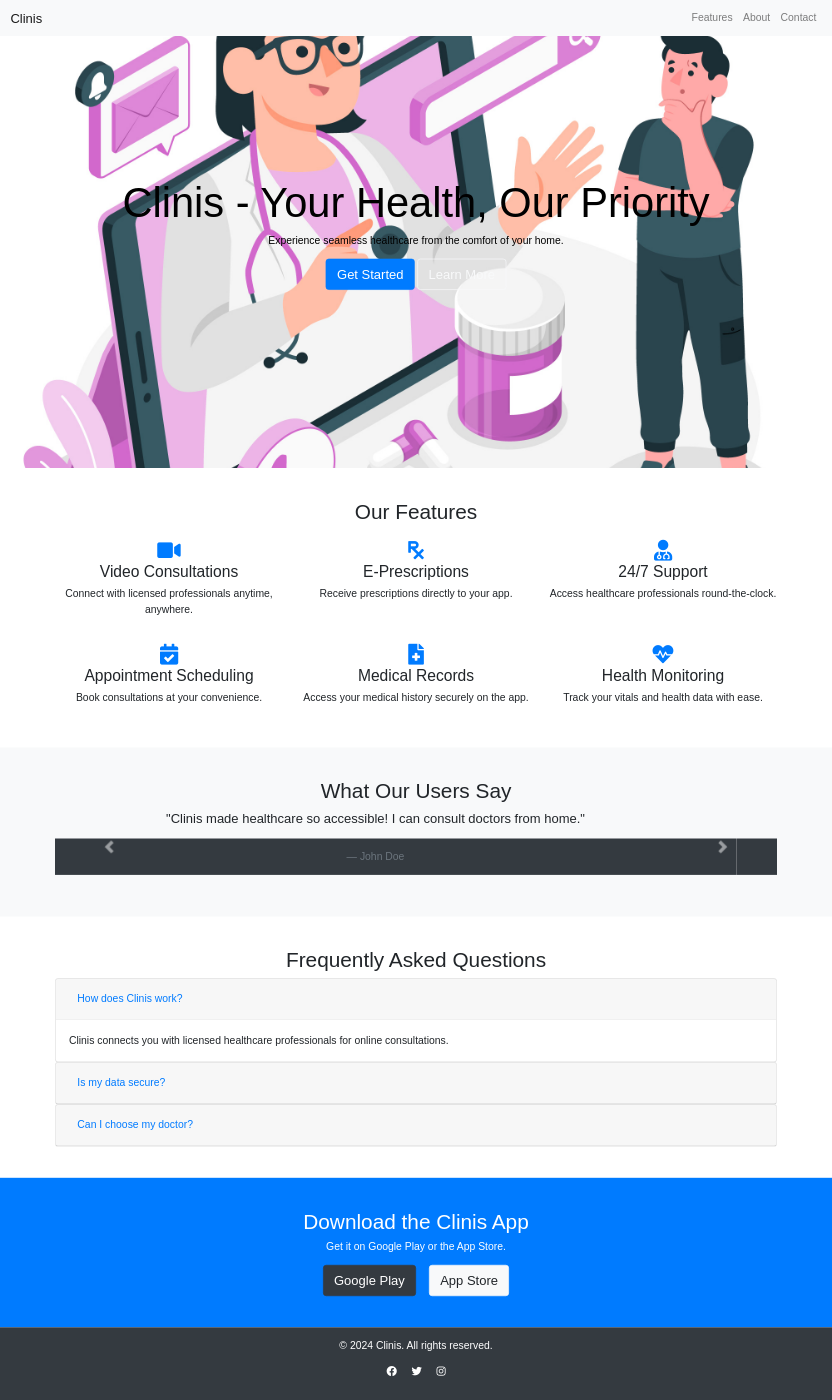
Repository: Rupak09/demo1
Page: index.html
The author's editor kept a copy of each file at every save. The page is drawn from the files as they stood at one save, then again after the next save.
The browser window is 1280 px wide. The pictures show the whole page, at 65% of full size.

Above is the page before, as saved 2024-12-28 14:47:45.

### index.html
<!DOCTYPE html>
<html lang="en">

<head>
    <meta charset="UTF-8">
    <meta name="viewport" content="width=device-width, initial-scale=1.0">
    <meta name="description" content="Clinis - Telemedical consultation made easy and accessible.">
    <meta property="og:title" content="Clinis - Your Health, Our Priority">
    <meta property="og:description" content="Experience seamless healthcare with Clinis.">
    <meta property="og:image" content="your-image-link.jpg">
    <meta property="og:url" content="https://yourwebsite.com">
    <title>Clinis - Telemedical Consultation</title>
    <link href="https://cdnjs.cloudflare.com/ajax/libs/font-awesome/5.15.4/css/all.min.css" rel="stylesheet">
    <link href="https://stackpath.bootstrapcdn.com/bootstrap/4.5.2/css/bootstrap.min.css" rel="stylesheet">
    <style>
        body {
            font-family: Arial, sans-serif;
        }
        #hero {
            background: url('mockup.jpg') no-repeat center center/cover;
            color: black;
            height: 100vh;
            display: flex;
            justify-content: center;
            align-items: center;
            text-align: center;
        }

        #hero h1 {
            font-size: 4rem;
        }

        #features .icon {
            font-size: 2rem;
            color: #007bff;
        }

        footer {
            background: #343a40;
            color: white;
            padding: 1rem 0;
            text-align: center;
        }

        footer ul {
            list-style: none;
            padding: 0;
        }

        footer ul li {
            display: inline;
            margin: 0 10px;
        }

        footer ul li a {
            color: white;
            text-decoration: none;
        }
    </style>
</head>

<body>
    <!-- Navbar -->
    <nav class="navbar navbar-expand-lg navbar-light bg-light fixed-top">
        <a class="navbar-brand" href="#">Clinis</a>
        <button class="navbar-toggler" type="button" data-toggle="collapse" data-target="#navbarNav">
            <span class="navbar-toggler-icon"></span>
        </button>
        <div class="collapse navbar-collapse" id="navbarNav">
            <ul class="navbar-nav ml-auto">
                <li class="nav-item"><a class="nav-link" href="#features">Features</a></li>
                <li class="nav-item"><a class="nav-link" href="#about">About</a></li>
                <li class="nav-item"><a class="nav-link" href="#contact">Contact</a></li>
            </ul>
        </div>
    </nav>

    <!-- Hero Section -->
    <section id="hero">
        <div class="container">
            <h1>Clinis - Your Health, Our Priority</h1>
            <p>Experience seamless healthcare from the comfort of your home.</p>
            <a href="#download" class="btn btn-primary btn-lg">Get Started</a>
            <a href="#features" class="btn btn-outline-light btn-lg">Learn More</a>
        </div>
    </section>

    <!-- Features Section -->
    <section id="features" class="py-5">
        <div class="container text-center">
            <h2>Our Features</h2>
            <div class="row mt-4">
                <div class="col-md-4">
                    <i class="fas fa-video icon"></i>
                    <h4>Video Consultations</h4>
                    <p>Connect with licensed professionals anytime, anywhere.</p>
                </div>
                <div class="col-md-4">
                    <i class="fas fa-prescription icon"></i>
                    <h4>E-Prescriptions</h4>
                    <p>Receive prescriptions directly to your app.</p>
                </div>
                <div class="col-md-4">
                    <i class="fas fa-user-md icon"></i>
                    <h4>24/7 Support</h4>
                    <p>Access healthcare professionals round-the-clock.</p>
                </div>
                <div class="col-md-4 mt-4">
                    <i class="fas fa-calendar-check icon"></i>
                    <h4>Appointment Scheduling</h4>
                    <p>Book consultations at your convenience.</p>
                </div>
                <div class="col-md-4 mt-4">
                    <i class="fas fa-file-medical icon"></i>
                    <h4>Medical Records</h4>
                    <p>Access your medical history securely on the app.</p>
                </div>
                <div class="col-md-4 mt-4">
                    <i class="fas fa-heartbeat icon"></i>
                    <h4>Health Monitoring</h4>
                    <p>Track your vitals and health data with ease.</p>
                </div>
            </div>
        </div>
    </section>

    <!-- Testimonials Section -->
    <section id="testimonials" class="py-5 bg-light">
        <div class="container">
            <h2 class="text-center">What Our Users Say</h2>
            <div class="carousel slide" id="testimonialCarousel" data-ride="carousel">
                <div class="carousel-inner">
                    <div class="carousel-item active">
                        <blockquote class="blockquote text-center">
                            <p>"Clinis made healthcare so accessible! I can consult doctors from home."</p>
                            <footer class="blockquote-footer">John Doe</footer>
                        </blockquote>
                    </div>
                    <div class="carousel-item">
                        <blockquote class="blockquote text-center">
                            <p>"Amazing app! The 24/7 support feature is a lifesaver."</p>
                            <footer class="blockquote-footer">Jane Smith</footer>
                        </blockquote>
                    </div>
                </div>
                <a class="carousel-control-prev" href="#testimonialCarousel" role="button" data-slide="prev">
                    <span class="carousel-control-prev-icon" aria-hidden="true"></span>
                </a>
                <a class="carousel-control-next" href="#testimonialCarousel" role="button" data-slide="next">
                    <span class="carousel-control-next-icon" aria-hidden="true"></span>
                </a>
            </div>
        </div>
    </section>

    <!-- FAQ Section -->
    <section id="faq" class="py-5">
        <div class="container">
            <h2 class="text-center">Frequently Asked Questions</h2>
            <div id="faqAccordion">
                <div class="card">
                    <div class="card-header" id="headingOne">
                        <h5 class="mb-0">
                            <button class="btn btn-link" data-toggle="collapse" data-target="#collapseOne">
                                How does Clinis work?
                            </button>
                        </h5>
                    </div>
                    <div id="collapseOne" class="collapse show" data-parent="#faqAccordion">
                        <div class="card-body">
                            Clinis connects you with licensed healthcare professionals for online consultations.
                        </div>
                    </div>
                </div>
                <div class="card">
                    <div class="card-header" id="headingTwo">
                        <h5 class="mb-0">
                            <button class="btn btn-link" data-toggle="collapse" data-target="#collapseTwo">
                                Is my data secure?
                            </button>
                        </h5>
                    </div>
                    <div id="collapseTwo" class="collapse" data-parent="#faqAccordion">
                        <div class="card-body">
                            Yes, Clinis employs end-to-end encryption to protect your data.
                        </div>
                    </div>
                </div>
                <div class="card">
                    <div class="card-header" id="headingThree">
                        <h5 class="mb-0">
                            <button class="btn btn-link" data-toggle="collapse" data-target="#collapseThree">
                                Can I choose my doctor?
                            </button>
                        </h5>
                    </div>
                    <div id="collapseThree" class="collapse" data-parent="#faqAccordion">
                        <div class="card-body">
                            Yes, you can select from a list of available professionals.
                        </div>
                    </div>
                </div>
            </div>
        </div>
    </section>

    <!-- Download Section -->
    <section id="download" class="py-5 text-center bg-primary text-white">
        <div class="container">
            <h2>Download the Clinis App</h2>
            <p>Get it on Google Play or the App Store.</p>
            <a href="#" class="btn btn-dark btn-lg mx-2">Google Play</a>
            <a href="#" class="btn btn-light btn-lg mx-2">App Store</a>
        </div>
    </section>

    <!-- Footer -->
    <footer>
        <div class="container">
            <p>&copy; 2024 Clinis. All rights reserved.</p>
            <ul class="list-inline">
                <li class="list-inline-item"><a href="#"><i class="fab fa-facebook"></i></a></li>
                <li class="list-inline-item"><a href="#"><i class="fab fa-twitter"></i></a></li>
                <li class="list-inline-item"><a href="#"><i class="fab fa-instagram"></i></a></li>
            </ul>
        </div>
    </footer>

    <script src="https://code.jquery.com/jquery-3.5.1.slim.min.js"></script>
    <script src="https://cdn.jsdelivr.net/npm/@popperjs/core@2.9.3/dist/umd/popper.min.js"></script>
    <script src="https://stackpath.bootstrapcdn.com/bootstrap/4.5.2/js/bootstrap.min.js"></script>
</body>

</html>

After the next save:
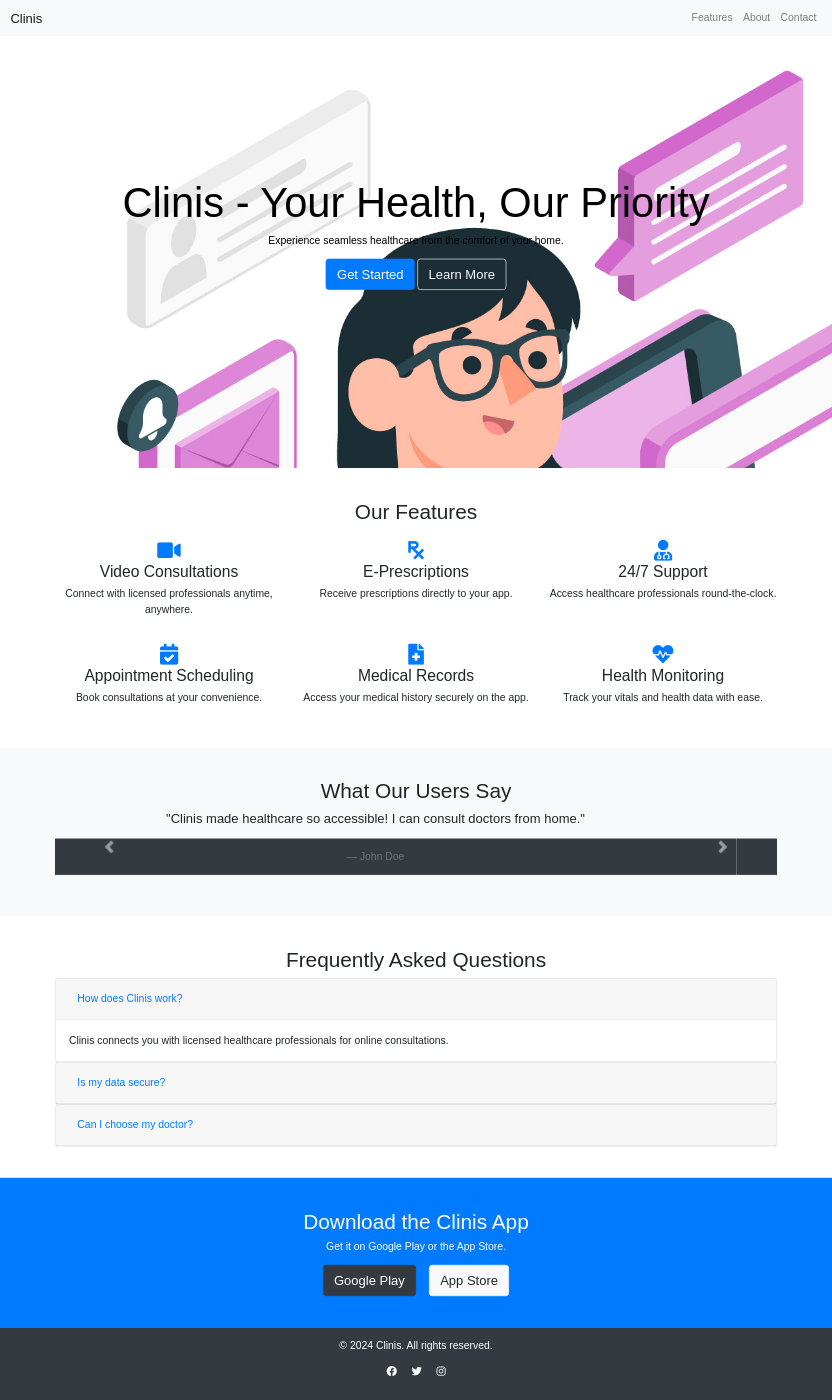
Saved 16 s later.
--- a/index.html
+++ b/index.html
@@ -17,7 +17,7 @@
             font-family: Arial, sans-serif;
         }
         #hero {
-            background: url('mockup.jpg') no-repeat center center/cover;
+            background: url('mockup.jpg');
             color: black;
             height: 100vh;
             display: flex;
